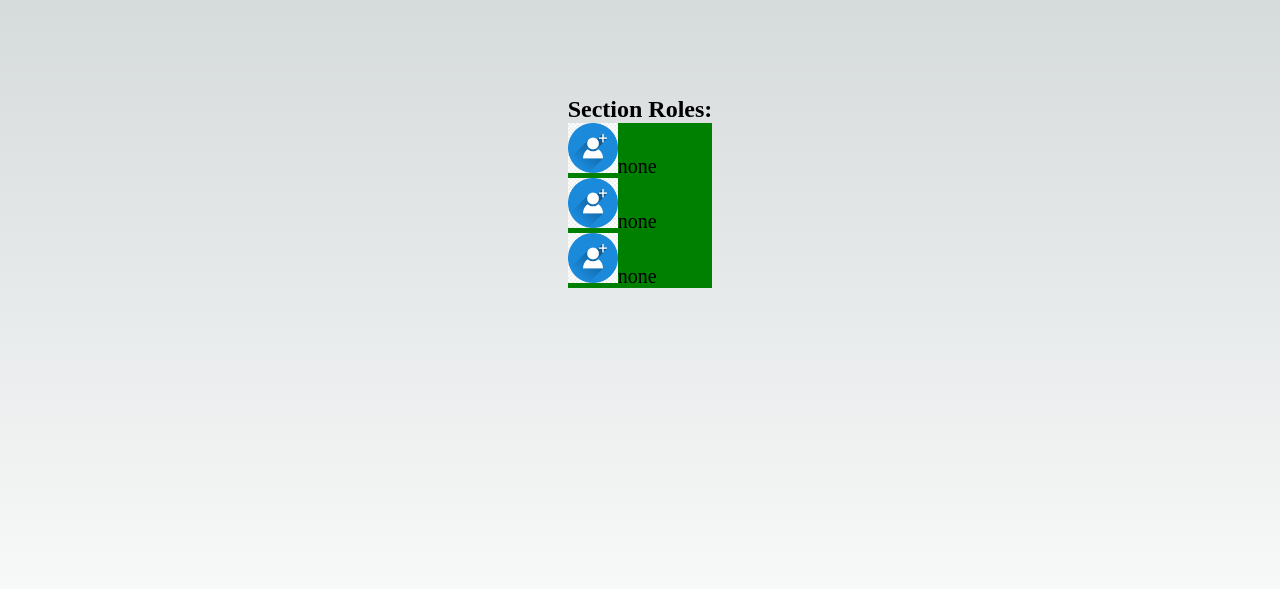
Repository: anikagrewal/week3example
Page: /about
These files come from the project's save history. The page is drawn as it stood at one moment and after the next save; the edit follows.
The browser window is 1280 px wide. The pictures show the whole page.
The project was rebuilt for these pictures with package versions that can differ from the ones it lists, and the page was loaded fresh each time. The framework's server and built-in components were replaced by stand-ins that run in the browser. Also part of the build but not shown: next.config.js.

Above is the page before, as saved 2023-01-19 12:45:26.

### pages/about.js
import Head from 'next/head'
import Image from 'next/image'
import { Inter } from '@next/font/google'
import styles from '@/styles/Home.module.css'
import data from '../data/workplace.json'
import { useState } from 'react'
import Cardtwo from '../components/Card'

const inter = Inter({ subsets: ['latin'] })

console.log(data);
export default function About() {

    const [details, setDetails] = useState([...data])

    return (
        <>
        <Head>
        <title>About Page</title>
        <meta name="description" content="Generated by create next app" />
        <meta name="viewport" content="width=device-width, initial-scale=1" />
        <link rel="icon" href="/favicon.ico" />
      </Head>
<main className={styles.main}>
<div className={styles.grid}>
<div className={styles.gridlayout}>
<div>
<h2 className={styles.busdeg}>Section Roles: </h2>
{details && details.map((detail, workplace) => {
  if(detail.section === "Frontend Developer") {
    return (
      <Cardtwo key={workplace} role={detail.role} colour="green" font="20px"/>
    )
  }


})}
</div>


</div>
</div>
</main>
</>
    )
}

### styles/Home.module.css
.main {
  display: flex;
  flex-direction: column;
  justify-content: space-between;
  align-items: center;
  padding: 6rem;
  min-height: 100vh;
}

.description {
  display: inherit;
  justify-content: inherit;
  align-items: inherit;
  font-size: 0.85rem;
  max-width: var(--max-width);
  width: 100%;
  z-index: 2;
  font-family: var(--font-mono);
}

.description a {
  display: flex;
  justify-content: center;
  align-items: center;
  gap: 0.5rem;
}

.description p {
  position: relative;
  margin: 0;
  padding: 1rem;
  background-color: rgba(var(--callout-rgb), 0.5);
  border: 1px solid rgba(var(--callout-border-rgb), 0.3);
  border-radius: var(--border-radius);
}

.code {
  font-weight: 700;
  font-family: var(--font-mono);
}

.grid {
  display: grid;
  grid-template-columns: (4, minmax(25%, auto));
  width: var(--max-width);
  max-width: 100%;
  justify-content: center;
}

.gridlayout {
  display: flex;
  flex-direction: column;
 gap: 70px;
}

.card {
  padding: 1rem 1.2rem;
  border-radius: var(--border-radius);
  background: rgba(var(--card-rgb), 0);
  border: 1px solid rgba(var(--card-border-rgb), 0);
  transition: background 200ms, border 200ms;
}

.card span {
  display: inline-block;
  transition: transform 200ms;
}

.card h2 {
  font-weight: 600;
  margin-bottom: 0.7rem;
}

.card p {
  margin: 0;
  opacity: 0.6;
  font-size: 0.9rem;
  line-height: 1.5;
  max-width: 30ch;
}

.center {
  display: flex;
  justify-content: center;
  align-items: center;
  position: relative;
  padding: 4rem 0;
}

.center::before {
  background: var(--secondary-glow);
  border-radius: 50%;
  width: 480px;
  height: 360px;
  margin-left: -400px;
}

.center::after {
  background: var(--primary-glow);
  width: 240px;
  height: 180px;
  z-index: -1;
}

.center::before,
.center::after {
  content: '';
  left: 50%;
  position: absolute;
  filter: blur(45px);
  transform: translateZ(0);
}

.logo,
.thirteen {
  position: relative;
}

.thirteen {
  display: flex;
  justify-content: center;
  align-items: center;
  width: 75px;
  height: 75px;
  padding: 25px 10px;
  margin-left: 16px;
  transform: translateZ(0);
  border-radius: var(--border-radius);
  overflow: hidden;
  box-shadow: 0px 2px 8px -1px #0000001a;
}

.thirteen::before,
.thirteen::after {
  content: '';
  position: absolute;
  z-index: -1;
}

.busdeg {
  display: flex;
  justify-content: center;
}

.compdeg {
  display: flex;
  justify-content: center;
}

.button {
  width: 150px;
  height: 50px;
  border-radius: 5px;
  font-size: 20px;
}


/* Conic Gradient Animation */
.thirteen::before {
  animation: 6s rotate linear infinite;
  width: 200%;
  height: 200%;
  background: var(--tile-border);
}

/* Inner Square */
.thirteen::after {
  inset: 0;
  padding: 1px;
  border-radius: var(--border-radius);
  background: linear-gradient(
    to bottom right,
    rgba(var(--tile-start-rgb), 1),
    rgba(var(--tile-end-rgb), 1)
  );
  background-clip: content-box;
}

/* Enable hover only on non-touch devices */
@media (hover: hover) and (pointer: fine) {
  .card:hover {
    background: rgba(var(--card-rgb), 0.1);
    border: 1px solid rgba(var(--card-border-rgb), 0.15);
  }

  .card:hover span {
    transform: translateX(4px);
  }
}

@media (prefers-reduced-motion) {
  .thirteen::before {
    animation: none;
  }

  .card:hover span {
    transform: none;
  }
}

/* Mobile */
@media (max-width: 700px) {
  .content {
    padding: 4rem;
  }

  .grid {
    grid-template-columns: 1fr;
    margin-bottom: 120px;
    max-width: 320px;
    text-align: center;
  }

  .card {
    padding: 1rem 2.5rem;
  }

  .card h2 {
    margin-bottom: 0.5rem;
  }

  .center {
    padding: 8rem 0 6rem;
  }

  .center::before {
    transform: none;
    height: 300px;
  }

  .description {
    font-size: 0.8rem;
  }

  .description a {
    padding: 1rem;
  }

  .description p,
  .description div {
    display: flex;
    justify-content: center;
    position: fixed;
    width: 100%;
  }

  .description p {
    align-items: center;
    inset: 0 0 auto;
    padding: 2rem 1rem 1.4rem;
    border-radius: 0;
    border: none;
    border-bottom: 1px solid rgba(var(--callout-border-rgb), 0.25);
    background: linear-gradient(
      to bottom,
      rgba(var(--background-start-rgb), 1),
      rgba(var(--callout-rgb), 0.5)
    );
    background-clip: padding-box;
    backdrop-filter: blur(24px);
  }

  .description div {
    align-items: flex-end;
    pointer-events: none;
    inset: auto 0 0;
    padding: 2rem;
    height: 200px;
    background: linear-gradient(
      to bottom,
      transparent 0%,
      rgb(var(--background-end-rgb)) 40%
    );
    z-index: 1;
  }
}

/* Tablet and Smaller Desktop */
@media (min-width: 701px) and (max-width: 1120px) {
  .grid {
    grid-template-columns: repeat(2, 50%);
  }
}

@media (prefers-color-scheme: dark) {
  .vercelLogo {
    filter: invert(1);
  }

  .logo,
  .thirteen img {
    filter: invert(1) drop-shadow(0 0 0.3rem #ffffff70);
  }
}

@keyframes rotate {
  from {
    transform: rotate(360deg);
  }
  to {
    transform: rotate(0deg);
  }
}

### data/workplace.json
[
    {
    "employeeNumber": "E2345",
    "firstName": "Joe",
    "role": "HTML",
    "position": "Junior",
    "section": "Frontend Developer",
    "startDate": 2021
},
{
    "employeeNumber": "E6789",
    "firstName": "Alice",
    "role": "Next.js",
    "position": "Junior",
    "section": "Frontend Developer",
    "startDate": 2020
},
{
    "employeeNumber": "E1011",
    "firstName": "Jane",
    "role": "Javascript",
    "position": "Junior",
    "section": "Frontend Developer",
    "startDate": 2022
}
]

### components/Card/index.js
export default function Card({
    degree = "none",
    colour = "purple",
    font = "0",
    image = "icon/personTwo.png"
}) {
    return(
        <div style={{backgroundColor: colour, fontSize:font}}>
            {
                colour === "red" ? <img src={'icon/person.png'} width="50"/> :
                colour === "blue" ? <img src={'icon/personThree.png'} width="50"/>:
                                     <img src={image} width="50"/>
            }
            {degree}
        </div>
    )
}

Loaded but not shown: pages/_app.js (common file); pages/_document.js (common file); styles/globals.css (common file)

After the next save:
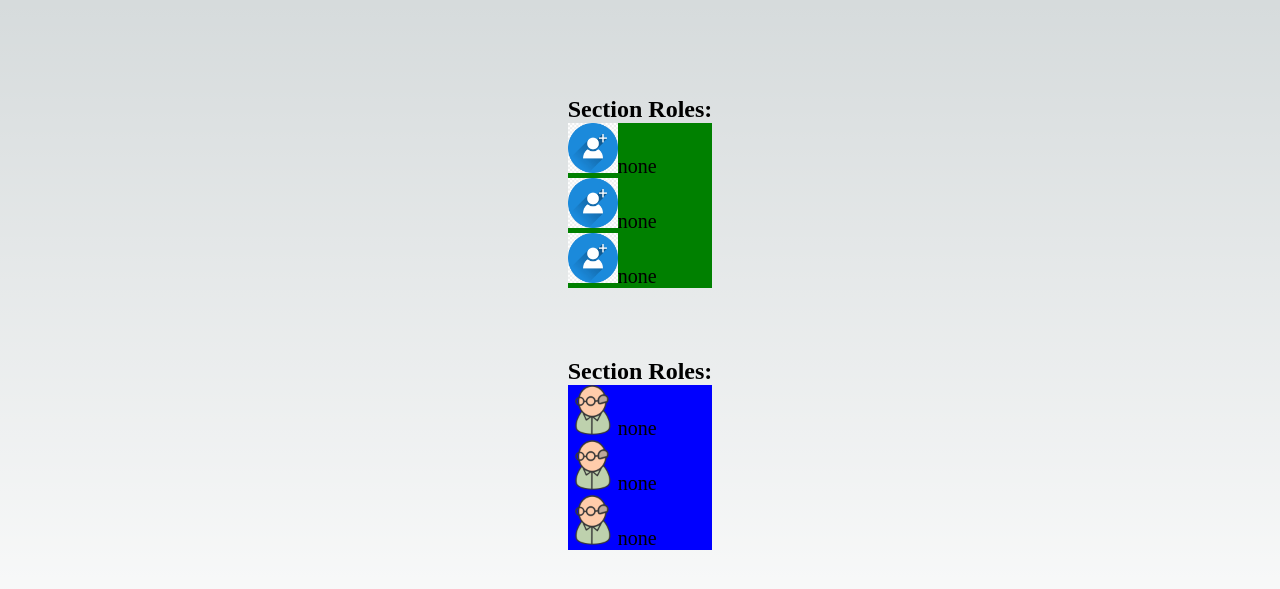
Saved 58 s later.
--- a/pages/about.js
+++ b/pages/about.js
@@ -37,6 +37,18 @@
 })}
 </div>
 
+<div>
+<h2 className={styles.busdeg}>Section Roles: </h2>
+{details && details.map((detail, workplace) => {
+  if(detail.position === "Junior") {
+    return (
+      <Cardtwo key={workplace} firstName={detail.firstName} colour="blue" font="20px"/>
+    )
+  }
+
+
+})}
+</div>
 
 </div>
 </div>
